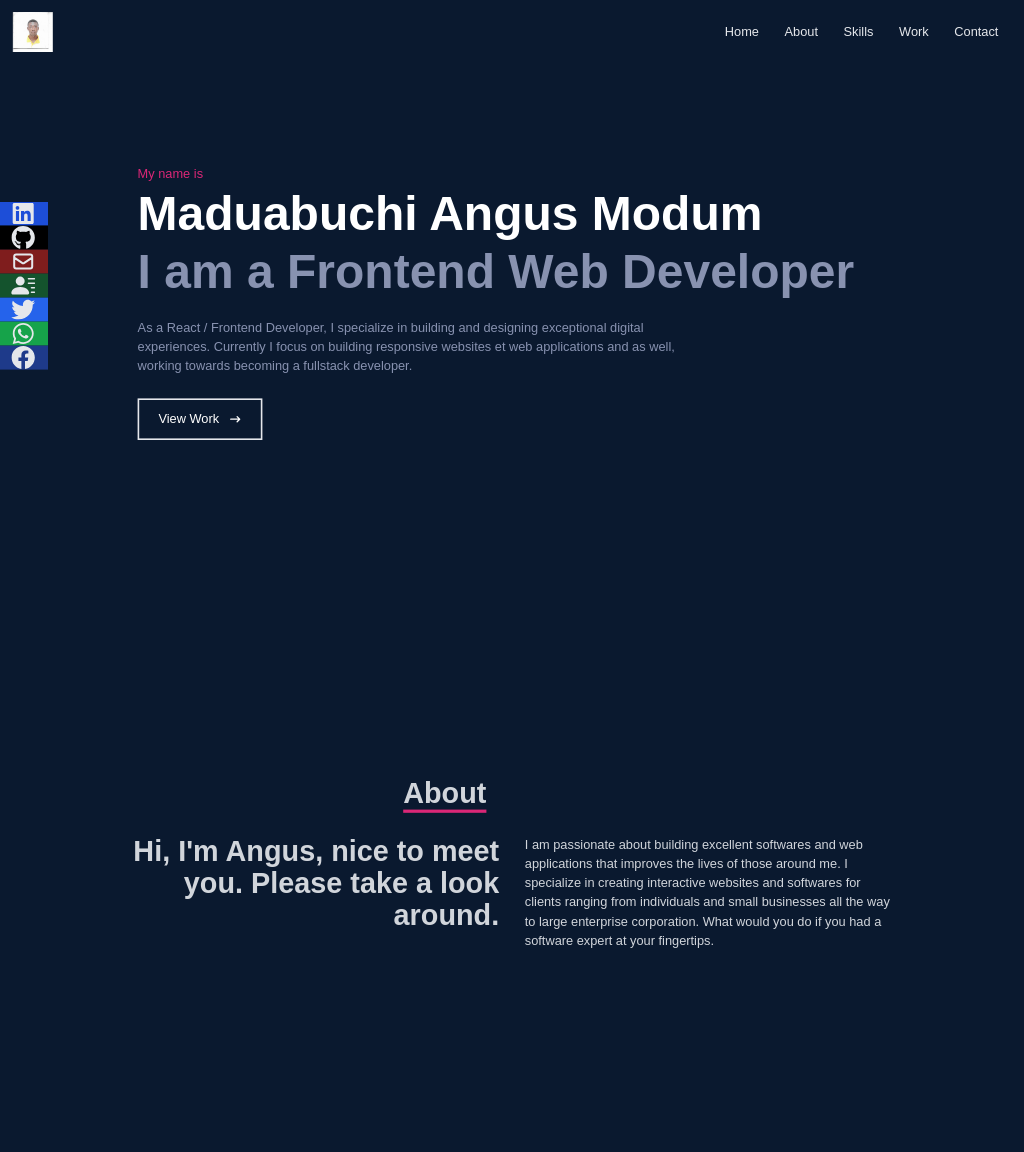
Repository: AngusOnyebuchi/Dashboard
Page: /
These files come from the project's save history. The page is drawn as it stood at one moment and after the next save; the edit follows.
The browser window is 1280 px wide. The pictures show the whole page, at 80% of full size.
The project was rebuilt for these pictures with package versions that can differ from the ones it lists, and the page was loaded fresh each time.

Above is the page before, as saved 2022-04-14 11:25:36.

After the next save:
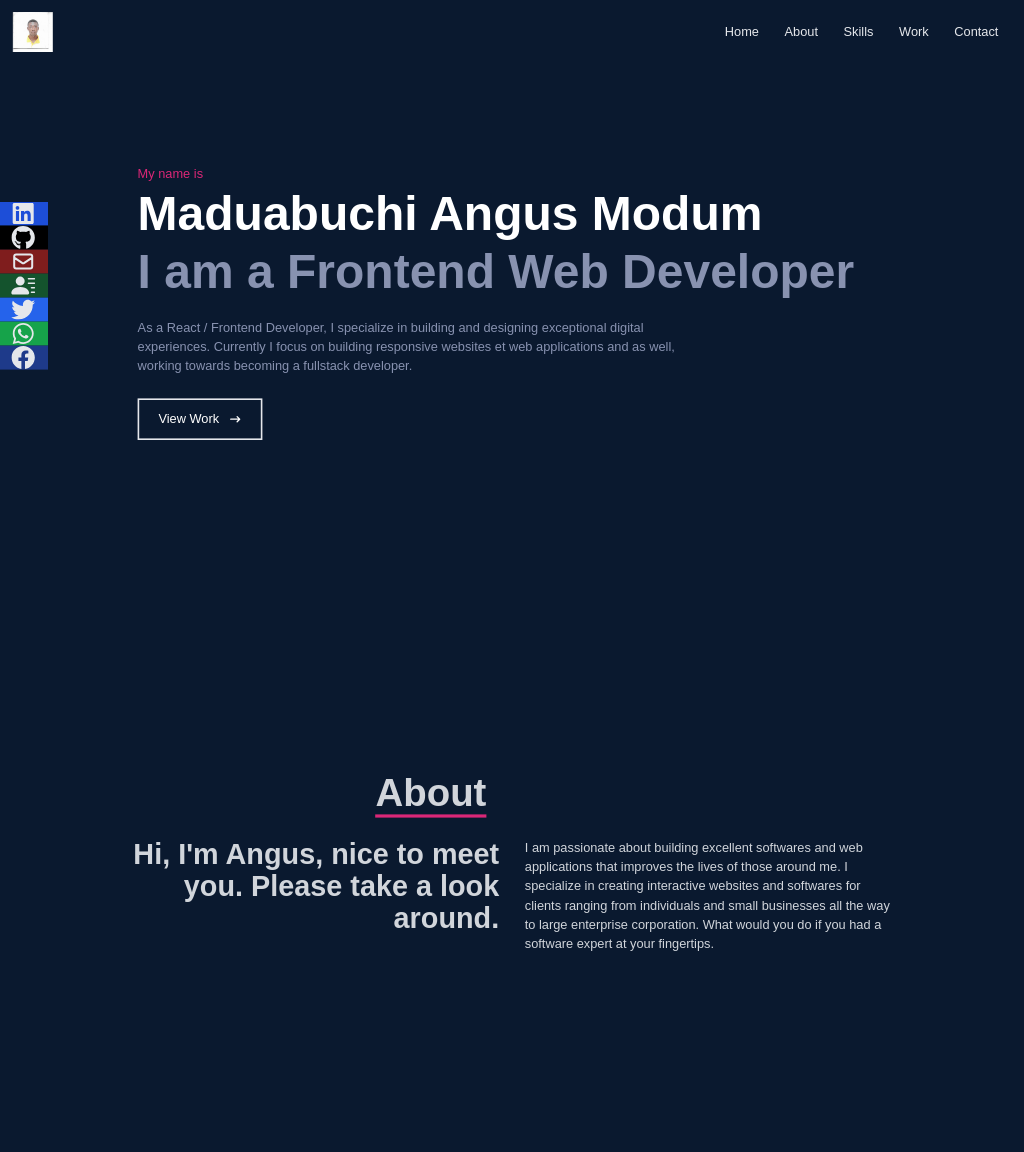
Saved 2 min 13 s later.
--- a/src/components/About.js
+++ b/src/components/About.js
@@ -7,7 +7,7 @@
             <div className="flex flex-col justify-center items-center w-full h-full">
                 <div className="max-w-[1000px] w-full px-4 grid grid-cols-2 gap-8">
                     <div className="sm:text-right pb-8 pr-4">
-                        <p className="text-4xl font-bold inline border-b-4 border-pink-600">About</p>
+                        <p className="text-5xl font-bold inline border-b-4 border-pink-600">About</p>
                     </div>
                     <div></div>
                 </div>

After the save that followed:
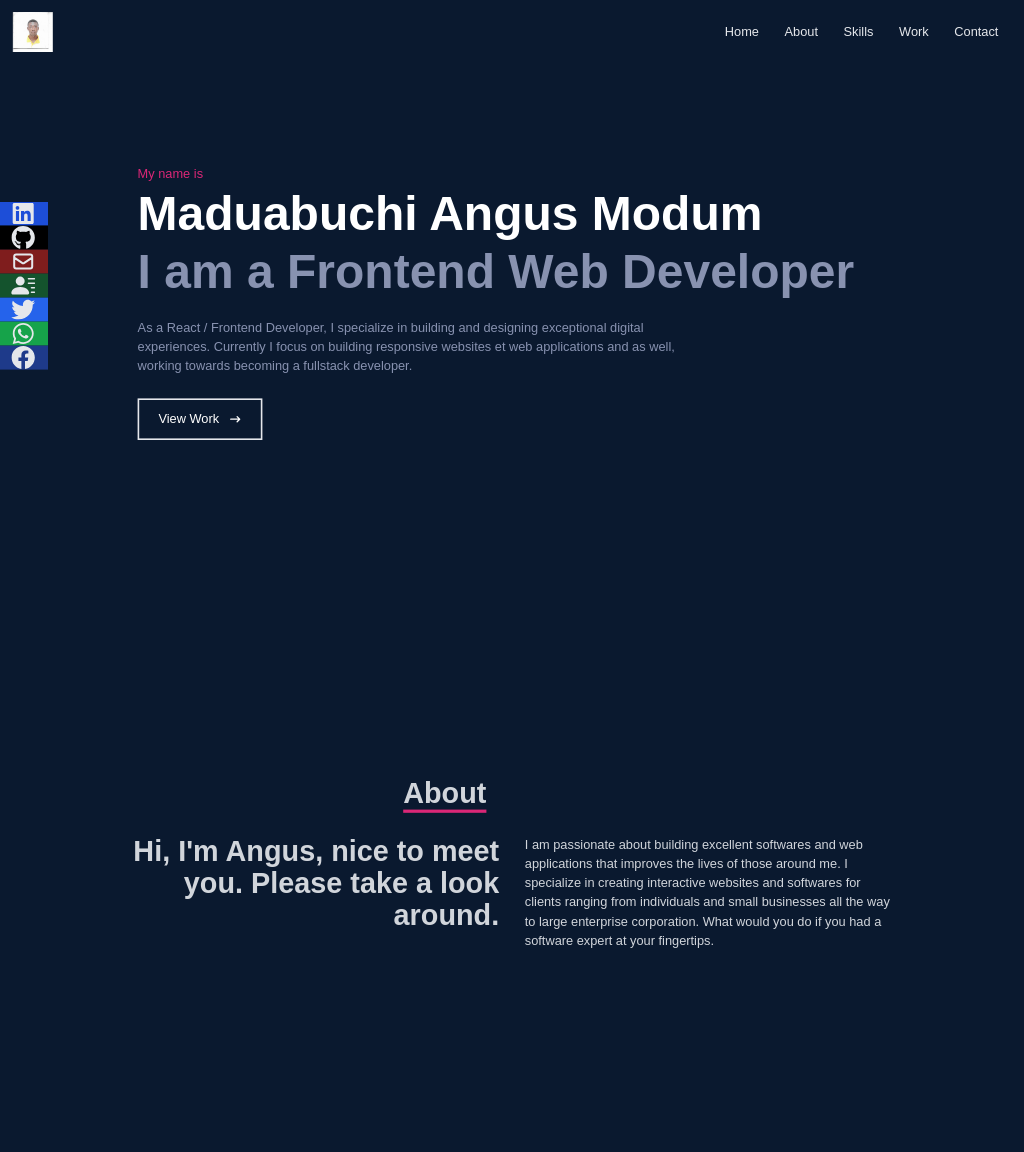
Saved 26 s later.
--- a/src/components/About.js
+++ b/src/components/About.js
@@ -7,7 +7,7 @@
             <div className="flex flex-col justify-center items-center w-full h-full">
                 <div className="max-w-[1000px] w-full px-4 grid grid-cols-2 gap-8">
                     <div className="sm:text-right pb-8 pr-4">
-                        <p className="text-5xl font-bold inline border-b-4 border-pink-600">About</p>
+                        <p className="text-4xl font-bold inline border-b-4 border-pink-600">About</p>
                     </div>
                     <div></div>
                 </div>
